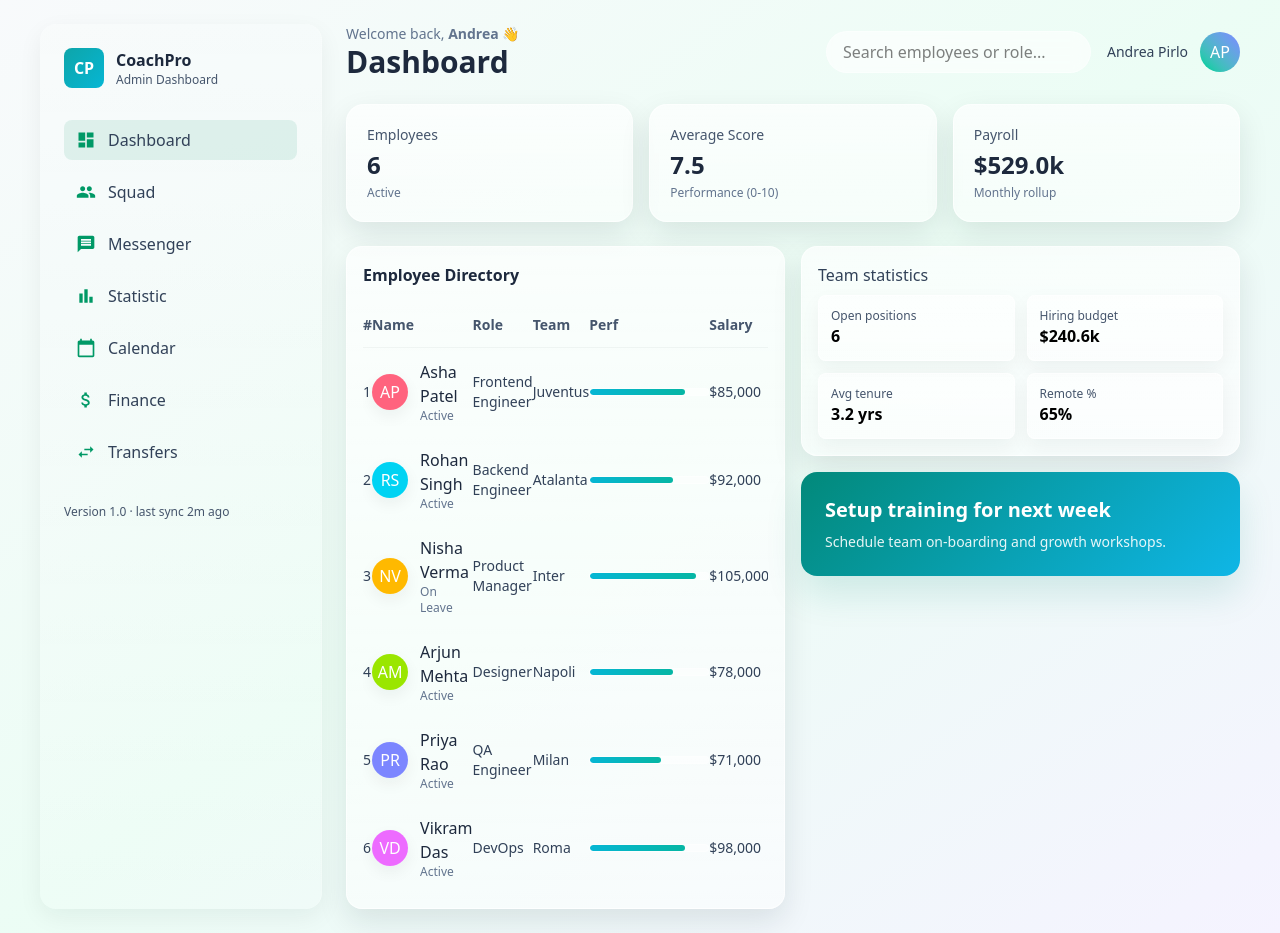
Repository: Khushichugh14/crm-dashboard
Page: /
The author's editor kept a copy of each file at every save. The page is drawn from the files as they stood at one save, then again after the next save.
The browser window is 1280 px wide. The pictures show the whole page.
The project was rebuilt for these pictures with package versions that can differ from the ones it lists, and the page was loaded fresh each time. Also part of the build but not shown: vite.config.ts, src/components/EditModal.tsx.

Above is the page before, as saved 2025-12-11 18:24:56.

### src/main.tsx
import { createRoot } from 'react-dom/client'
import './index.css'
import App from './App.tsx'
import React from 'react'

createRoot(document.getElementById('root')!).render(
  <React.StrictMode>
    <App />
  </React.StrictMode>,
)

### src/index.css
@import "tailwindcss";

body {
  @apply bg-gradient-to-br from-slate-50 via-emerald-50 to-violet-50;
  font-family: Inter, ui-sans-serif, system-ui, -apple-system, "Segoe UI", Roboto, "Helvetica Neue", Arial;
}

### src/App.tsx
import React from "react";
import Dashboard from "./pages/Dashboard";

function App() {
  return <Dashboard/>;
}

export default App;

### src/pages/Dashboard.tsx
import React, { useMemo, useState } from "react";
import Sidebar from "../components/Sidebar";
import Header from "../components/Header";
import StatCard from "../components/StatCard";
import MiniCard from "../components/MiniCard";
import EmployeeTable from "../components/EmployeeTable";
import EditModal from "../components/EditModal";
import { sampleEmployees } from "../data/sampleEmployees";
import type { Employee } from "../types/employee";
import { THEME } from "../theme";



export default function Dashboard() {
  const [employees, setEmployees] = useState<Employee[]>(sampleEmployees);
  const [query, setQuery] = useState("");
  const [editing, setEditing] = useState<Employee | null>(null);

  const totalSalary = useMemo(() => employees.reduce((s, e) => s + e.salary, 0), [employees]);
  const avgPerf = useMemo(() => (employees.reduce((s, e) => s + e.performance, 0) / employees.length).toFixed(1), [employees]);

  const filtered = employees.filter(e =>
    e.name.toLowerCase().includes(query.toLowerCase()) ||
    e.role.toLowerCase().includes(query.toLowerCase())
  );

  function onSave(emp: Employee) {
    setEmployees(prev => prev.map(p => (p.id === emp.id ? emp : p)));
    setEditing(null);
  }

  function onDelete(id: string) {
    setEmployees(prev => prev.filter(p => p.id !== id));
  }

  return (
    <div className="min-h-screen p-6 bg-gradient-to-br from-slate-50 via-emerald-50 to-violet-50 font-sans">
      <div className="max-w-[1200px] mx-auto grid grid-cols-12 gap-6">
        <aside className="col-span-3">
          <Sidebar theme={THEME} />
        </aside>

        <main className="col-span-9">
          <Header query={query} setQuery={setQuery} theme={THEME} />
          <section className="grid grid-cols-3 gap-4 my-6">
            <StatCard title="Employees" value={String(employees.length)} subtitle="Active" theme={THEME} />
            <StatCard title="Average Score" value={avgPerf} subtitle="Performance (0-10)" theme={THEME} />
            <StatCard title="Payroll" value={`$${(totalSalary/1000).toFixed(1)}k`} subtitle="Monthly rollup" theme={THEME} />
          </section>

          <section className="grid grid-cols-2 gap-4">
            <div
              className="rounded-2xl p-4"
              style={{
                background: THEME.cardBg,
                border: `1px solid ${THEME.cardBorder}`,
                boxShadow: THEME.glassShadow,
              }}
            >
              <div className="flex items-center justify-between mb-4">
                <h2 className="font-semibold text-slate-800">Employee Directory</h2>
              </div>
              <div className="overflow-auto">
                <EmployeeTable employees={filtered} onEdit={setEditing} onDelete={onDelete} theme={THEME} />
              </div>
            </div>

            <div className="space-y-4">
              <div
                className="rounded-2xl p-4"
                style={{
                  background: THEME.cardBg,
                  border: `1px solid ${THEME.cardBorder}`,
                  boxShadow: THEME.glassShadow,
                }}
              >
                <h3 className="font-medium text-slate-700 mb-2">Team statistics</h3>
                <div className="grid grid-cols-2 gap-3">
                  <MiniCard label="Open positions" value="6" theme={THEME} />
                  <MiniCard label="Hiring budget" value="$240.6k" theme={THEME} />
                  <MiniCard label="Avg tenure" value="3.2 yrs" theme={THEME} />
                  <MiniCard label="Remote %" value="65%" theme={THEME} />
                </div>
              </div>

              <div
                className="rounded-2xl p-6 text-white"
                style={{
                  background: "linear-gradient(135deg,#02897a,#0fb6e6)",
                  boxShadow: "0 18px 36px rgba(2,137,122,0.14)",
                }}
              >
                <h3 className="font-bold text-xl">Setup training for next week</h3>
                <p className="mt-2 text-sm opacity-90">Schedule team on-boarding and growth workshops.</p>
              </div>
            </div>
          </section>
        </main>
      </div>

      {editing && <EditModal employee={editing} onClose={() => setEditing(null)} onSave={onSave} theme={THEME} />}
    </div>
  );
}

### src/components/Sidebar.tsx
import React from "react";
import { MdDashboard, MdPeople, MdMessage, MdBarChart, MdCalendarToday, MdAttachMoney, MdSwapHoriz } from "react-icons/md";

export default function Sidebar() {
  const menu = [
    { label: "Dashboard", icon: <MdDashboard size={20} /> },
    { label: "Squad", icon: <MdPeople size={20} /> },
    { label: "Messenger", icon: <MdMessage size={20} /> },
    { label: "Statistic", icon: <MdBarChart size={20} /> },
    { label: "Calendar", icon: <MdCalendarToday size={20} /> },
    { label: "Finance", icon: <MdAttachMoney size={20} /> },
    { label: "Transfers", icon: <MdSwapHoriz size={20} /> },
  ];

  return (
    <div
      className="h-full rounded-2xl p-6"
      style={{
        background: "linear-gradient(180deg, rgba(255,255,255,0.18), rgba(255,255,255,0.12))",
        borderRight: "1px solid rgba(255,255,255,0.22)",
        boxShadow: "0 8px 24px rgba(14,30,37,0.06)",
      }}
    >
      <div className="flex items-center gap-3 mb-8">
        <div className="h-10 w-10 rounded-lg flex items-center justify-center text-white font-bold"
             style={{ background: "linear-gradient(135deg,#0ea5a9,#06b6d4)" }}>
          CP
        </div>
        <div>
          <div className="text-slate-800 font-semibold">CoachPro</div>
          <div className="text-xs text-slate-600">Admin Dashboard</div>
        </div>
      </div>

      <nav className="flex flex-col gap-3">
        {menu.map((it, idx) => (
          <button key={it.label}
            className={`flex items-center gap-3 py-2 px-3 rounded-lg transition-all duration-150 text-slate-700 hover:bg-white/10 ${idx===0 ? "bg-emerald-600/10 text-emerald-700" : ""}`}>
            <span className="text-emerald-600">{it.icon}</span>
            <span>{it.label}</span>
          </button>
        ))}
      </nav>

      <div className="mt-8 text-xs text-slate-600">Version 1.0 · last sync 2m ago</div>
    </div>
  );
}

### src/components/Header.tsx
import React from "react";
type Theme = any;

export default function Header({ query, setQuery, theme }: { query: string; setQuery: (v: string) => void; theme: Theme; }) {
  return (
    <header className="flex items-center justify-between mb-6">
      <div>
        <div className="text-slate-500 text-sm">Welcome back, <span className="font-semibold">Andrea</span> 👋</div>
        <h1 className="text-3xl font-extrabold text-slate-800">Dashboard</h1>
      </div>

      <div className="flex items-center gap-4">
        <input
          value={query}
          onChange={(e) => setQuery(e.target.value)}
          placeholder="Search employees or role..."
          className="px-4 py-2 rounded-full border border-white/40 bg-white/60 backdrop-blur-sm"
          style={{ outline: "none" }}
        />
        <div className="flex items-center gap-3">
          <div className="text-sm text-slate-700">Andrea Pirlo</div>
          <div className="h-10 w-10 rounded-full bg-gradient-to-tr from-emerald-400 to-indigo-400 text-white flex items-center justify-center">AP</div>
        </div>
      </div>
    </header>
  );
}

### src/components/StatCard.tsx
import React from "react";
type Theme = any;

export default function StatCard({ title, value, subtitle, theme }: { title: string; value: string; subtitle?: string; theme: Theme; }) {
  return (
    <div
      className="rounded-2xl p-5"
      style={{
        background: theme.cardBg,
        border: `1px solid ${theme.cardBorder}`,
        borderRadius: theme.cardRadius,
        boxShadow: theme.glassShadow,
      }}
    >
      <div className="text-sm text-slate-600">{title}</div>
      <div className="text-2xl font-bold text-slate-800 mt-1">{value}</div>
      {subtitle && <div className="text-xs text-slate-500 mt-1">{subtitle}</div>}
    </div>
  );
}

### src/components/MiniCard.tsx
import React from "react";
type Theme = any;

export default function MiniCard({ label, value, theme }: { label: string; value: string; theme: Theme; }) {
  return (
    <div
      className="rounded-lg p-3"
      style={{
        background: "linear-gradient(180deg, rgba(255,255,255,0.60), rgba(255,255,255,0.48))",
        border: `1px solid rgba(255,255,255,0.6)`,
        boxShadow: "0 8px 20px rgba(14,30,37,0.05)",
      }}
    >
      <div className="text-xs text-slate-600">{label}</div>
      <div className="font-semibold">{value}</div>
    </div>
  );
}

### src/components/EmployeeTable.tsx
import React from "react";
import type { Employee } from "../types/employee";
type Theme = any;

export default function EmployeeTable({ employees, onEdit, onDelete, theme }:
  { employees: Employee[]; onEdit: (e: Employee) => void; onDelete: (id: string) => void; theme: Theme; }) {

  return (
    <div className="table-root">
      <table className="w-full text-left">
        <thead>
          <tr className="text-sm text-slate-600" style={{ borderBottom: "1px solid rgba(14,30,37,0.04)" }}>
            <th className="py-3">#</th>
            <th>Name</th>
            <th>Role</th>
            <th>Team</th>
            <th>Perf</th>
            <th>Salary</th>
            <th className="text-right">Actions</th>
          </tr>
        </thead>
        <tbody>
          {employees.map((e, i) => (
            <tr key={e.id} className="odd:bg-white/10 even:bg-transparent">
              <td className="py-3 text-sm text-slate-700">{i + 1}</td>

              <td className="py-3 flex items-center gap-3">
                <div
                  className="h-9 w-9 rounded-full flex items-center justify-center text-white font-medium"
                  style={{
                    background: (e.avatarColor ? undefined : "#94a3b8"),
                    boxShadow: "0 6px 16px rgba(14,30,37,0.06)",
                  }}
                >
                  <div className={`${e.avatarColor ?? "bg-slate-400"} h-9 w-9 rounded-full flex items-center justify-center text-white font-medium`}>
                    {e.name.split(" ").map(n => n[0]).slice(0, 2).join("")}
                  </div>
                </div>

                <div>
                  <div className="font-medium text-slate-800">{e.name}</div>
                  <div className="text-xs text-slate-500">{e.status}</div>
                </div>
              </td>

              <td className="py-3 text-sm text-slate-700">{e.role}</td>
              <td className="py-3 text-sm text-slate-700">{e.team}</td>
              <td className="py-3 text-sm">
                <div style={{
                  width: 120,
                  height: 8,
                  background: "rgba(255,255,255,0.45)",
                  borderRadius: 999,
                  overflow: "hidden",
                  border: "1px solid rgba(255,255,255,0.35)"
                }}>
                  <div style={{
                    width: `${(e.performance / 10) * 100}%`,
                    height: "100%",
                    background: "linear-gradient(90deg,#06b6d4,#06b6a4)",
                    borderRadius: 999
                  }} />
                </div>
              </td>

              <td className="py-3 text-sm text-slate-700">${e.salary.toLocaleString()}</td>
              <td className="py-3 text-right">
                <div className="inline-flex gap-2">
                  <button onClick={() => onEdit(e)} className="px-3 py-1 rounded-lg bg-white/20">Edit</button>
                  <button onClick={() => onDelete(e.id)} className="px-3 py-1 rounded-lg" style={{ background: "rgba(255,0,64,0.06)", color: "#9f1239" }}>Delete</button>
                </div>
              </td>
            </tr>
          ))}
        </tbody>
      </table>

      {employees.length === 0 && <div className="p-4 text-sm text-slate-600">No employees found.</div>}
    </div>
  );
}

### src/data/sampleEmployees.ts
import type { Employee } from "../types/employee";
import juveLogo from "../assets/teams/juventus.png";
import atalantaLogo from "../assets/teams/atalanta.png";
import interLogo from "../assets/teams/inter.png";
import napoliLogo from "../assets/teams/napoli.png";
import milanLogo from "../assets/teams/milan.png";
import romaLogo from "../assets/teams/roma.png";

export const sampleEmployees: Employee[] = [
  { id: "e1", name: "Asha Patel", role: "Frontend Engineer", team: "Juventus", teamLogo: juveLogo, avatarColor: "bg-rose-400", salary: 85000, performance: 8, status: "Active" },
  { id: "e2", name: "Rohan Singh", role: "Backend Engineer", team: "Atalanta", teamLogo: atalantaLogo, avatarColor: "bg-cyan-400", salary: 92000, performance: 7, status: "Active" },
  { id: "e3", name: "Nisha Verma", role: "Product Manager", team: "Inter", teamLogo: interLogo, avatarColor: "bg-amber-400", salary: 105000, performance: 9, status: "On Leave" },
  { id: "e4", name: "Arjun Mehta", role: "Designer", team: "Napoli", teamLogo: napoliLogo, avatarColor: "bg-lime-400", salary: 78000, performance: 7, status: "Active" },
  { id: "e5", name: "Priya Rao", role: "QA Engineer", team: "Milan", teamLogo: milanLogo, avatarColor: "bg-indigo-400", salary: 71000, performance: 6, status: "Active" },
  { id: "e6", name: "Vikram Das", role: "DevOps", team: "Roma", teamLogo: romaLogo, avatarColor: "bg-fuchsia-400", salary: 98000, performance: 8, status: "Active" },
];

### src/theme.ts
// theme.ts

export const THEME = {
  cardBg: "linear-gradient(180deg, rgba(255,255,255,0.66), rgba(255,255,255,0.52))",
  panelBg: "linear-gradient(180deg, rgba(250,250,250,0.68), rgba(245,251,250,0.48))",
  cardBorder: "rgba(255,255,255,0.65)",
  glassShadow: "0 12px 30px rgba(14,30,37,0.10)",
  cardRadius: 18,
};

After the next save:
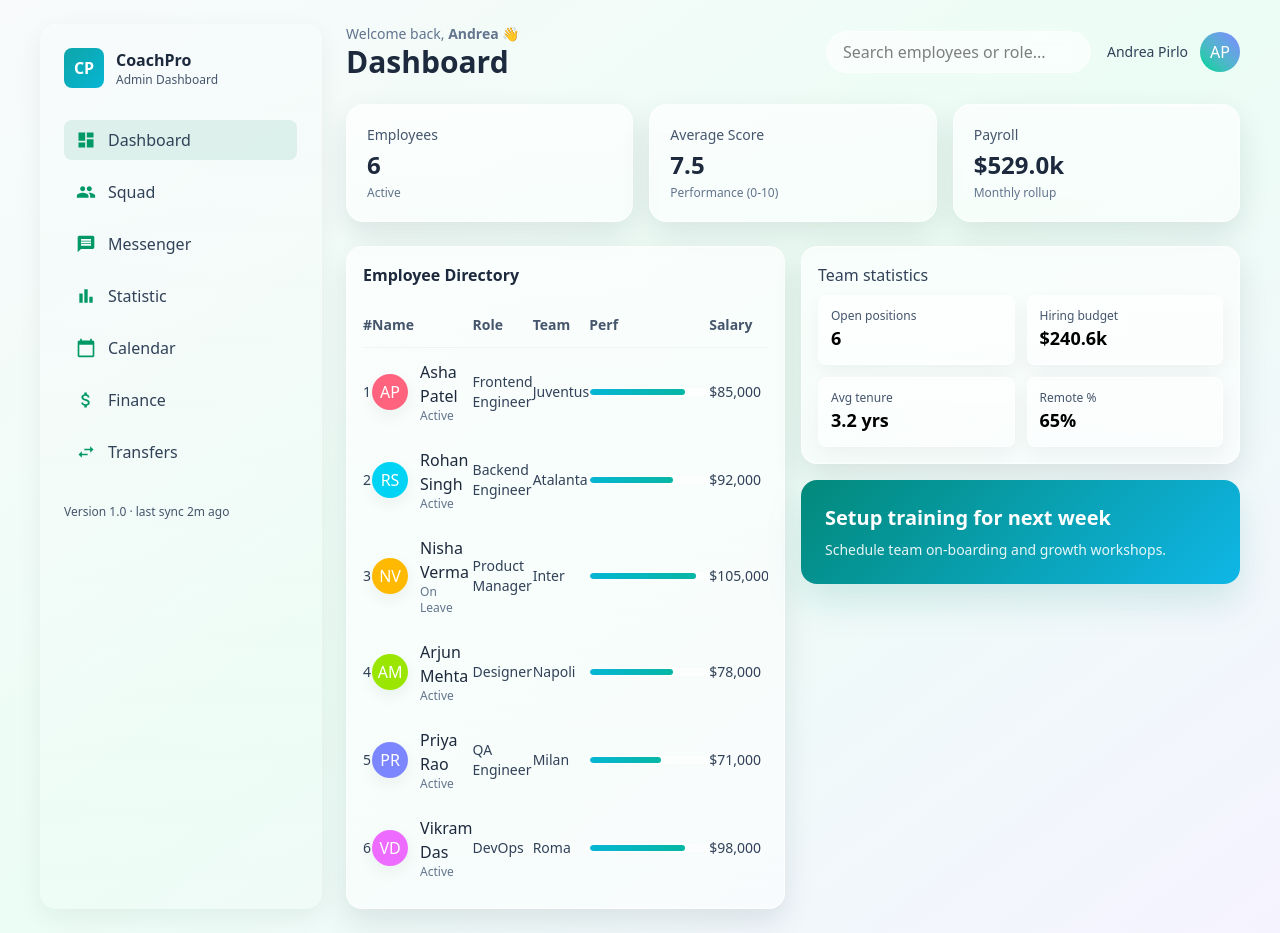
Saved 11 s later.
--- a/src/components/MiniCard.tsx
+++ b/src/components/MiniCard.tsx
@@ -1,18 +1,20 @@
 import React from "react";
-type Theme = any;
 
-export default function MiniCard({ label, value, theme }: { label: string; value: string; theme: Theme; }) {
+export default function MiniCard({ label, value, icon }: { label: string; value: string; icon?: string; }) {
   return (
     <div
-      className="rounded-lg p-3"
+      className="rounded-lg p-3 flex items-center gap-3"
       style={{
         background: "linear-gradient(180deg, rgba(255,255,255,0.60), rgba(255,255,255,0.48))",
         border: `1px solid rgba(255,255,255,0.6)`,
         boxShadow: "0 8px 20px rgba(14,30,37,0.05)",
       }}
     >
-      <div className="text-xs text-slate-600">{label}</div>
-      <div className="font-semibold">{value}</div>
+      {icon && <img src={icon} alt={label} className="h-9 w-9 p-1 rounded-lg" />}
+      <div>
+        <div className="text-xs text-slate-600">{label}</div>
+        <div className="font-semibold text-lg">{value}</div>
+      </div>
     </div>
   );
 }
